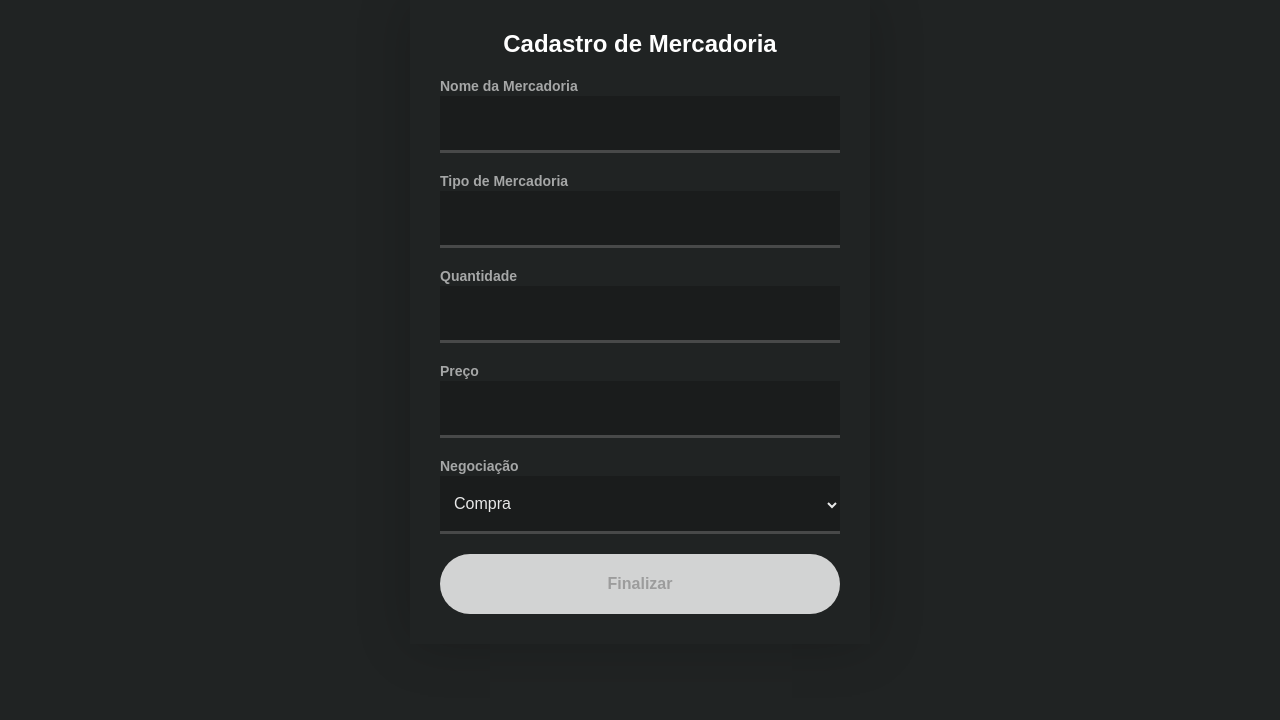
Repository: felipedischer/valemobi
Page: http://localhost/Valemobi/
An editor plug-in stored every save of this project. The page is shown before and after the next save, followed by the edit.
The browser window is 1280 px wide. The pictures show the whole page.
The page is served by Tomcat 9.

Above is the page before, as saved 2016-09-28 03:38:35.

After the next save:
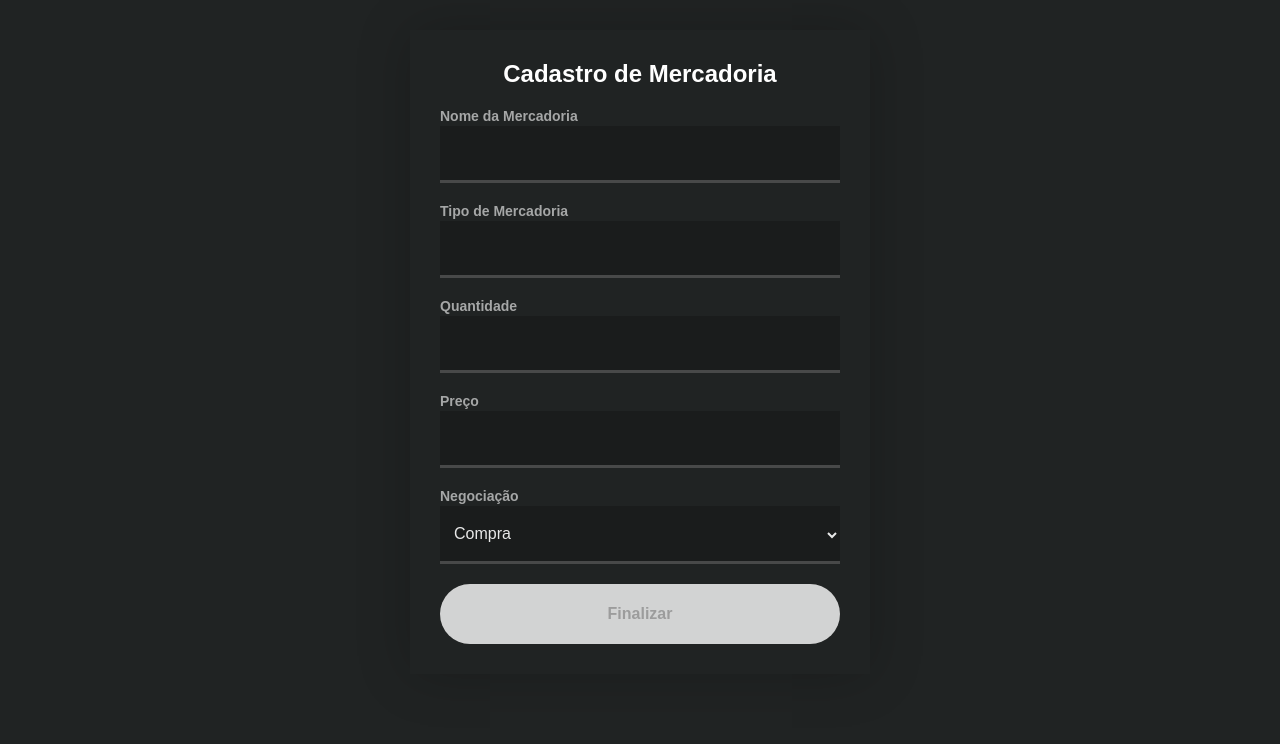
Saved 64 s later.
--- a/Valemobi/WebContent/estilo/css/estilo.css
+++ b/Valemobi/WebContent/estilo/css/estilo.css
@@ -38,6 +38,8 @@ body{
 }
 */
 /*CABECALHO*/
+
+/*
 #cabecalho{
 	background: #c92121;
 	box-shadow: 0px 4px 7px 3px rgba(0,0,0,0.1);
